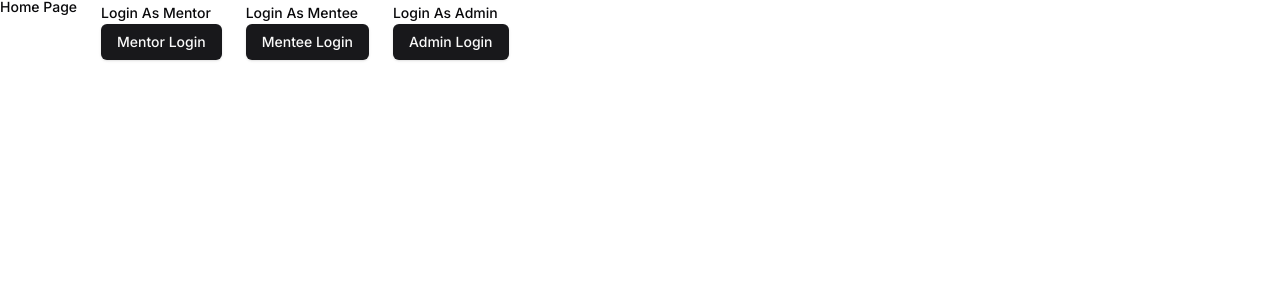
Repository: gauravbhindwar/mentorlink
Page: /
An editor plug-in stored every save of this project. The page is shown before and after the next save, followed by the edit.
The browser window is 1280 px wide. The pictures show the whole page.
The project was rebuilt for these pictures with package versions that can differ from the ones it lists, and the page was loaded fresh each time. The framework's server and built-in components were replaced by stand-ins that run in the browser. Also part of the build but not shown: next.config.js, next.config.ts.

Above is the page before, as saved 2024-11-06 12:31:03.

After the next save:
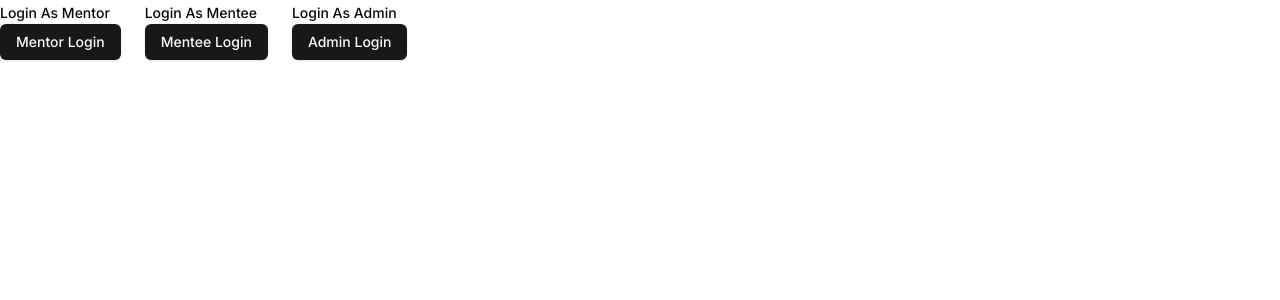
Saved 7 s later.
--- a/src/components/HomePage/HomePage.jsx
+++ b/src/components/HomePage/HomePage.jsx
@@ -5,7 +5,7 @@
 const HomePage = () => {
     return (
         <div className='flex flex-row gap-6'>
-            <Label>Home Page</Label>
+
 
             <div>
                 <div>
